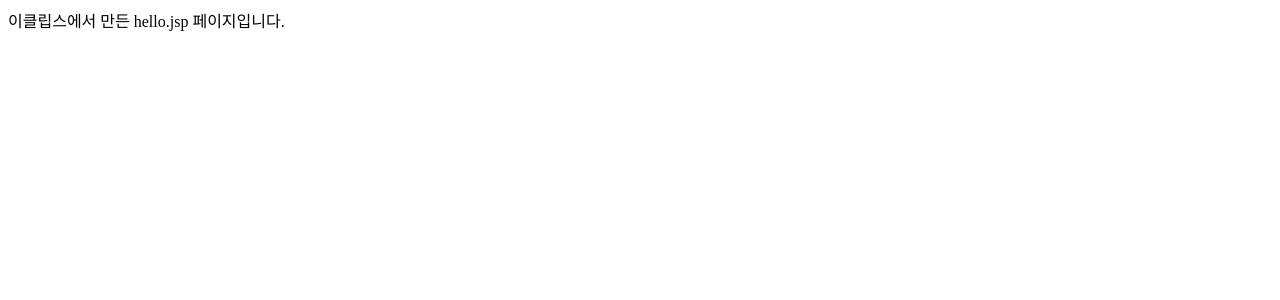
Repository: PARKJONGSUN88/multicampus_study
Page: http://localhost/web1/hello.jsp
These files come from the project's save history. The page is drawn as it stood at one moment and after a run of saves; the edit follows.
The browser window is 1280 px wide. The pictures show the whole page.
The page is served by Tomcat 9.

Above is the page before, as saved 2019-06-26 05:40:35.

After the next 2 saves:
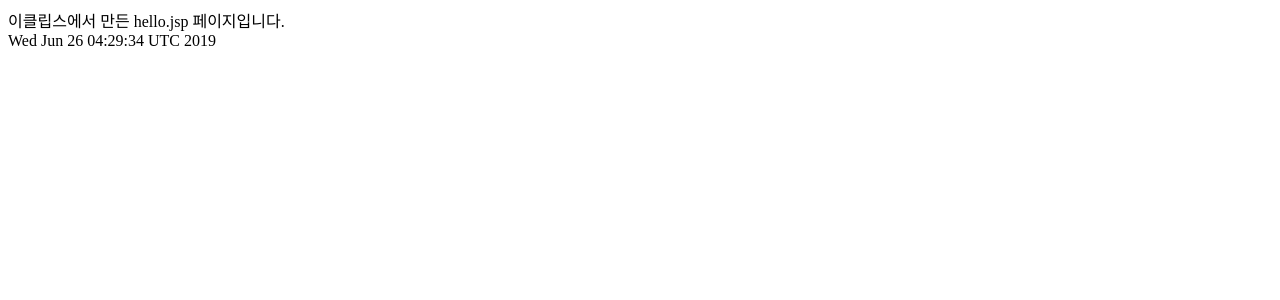
The 2 saves are shown as one change because 1 did not build or start.
The last was saved 11 s later.
--- a/3-7. jsp, servletStudy Study/1. 실습/2. 이클립스로/workspace2/web1/WebContent/hello.jsp
+++ b/3-7. jsp, servletStudy Study/1. 실습/2. 이클립스로/workspace2/web1/WebContent/hello.jsp
@@ -10,7 +10,7 @@
 이클립스에서 만든 hello.jsp 페이지입니다.<br>
 <%
 	Date now = new Date();
-
+	out.println(now);
 %>
 </body>
 </html>
